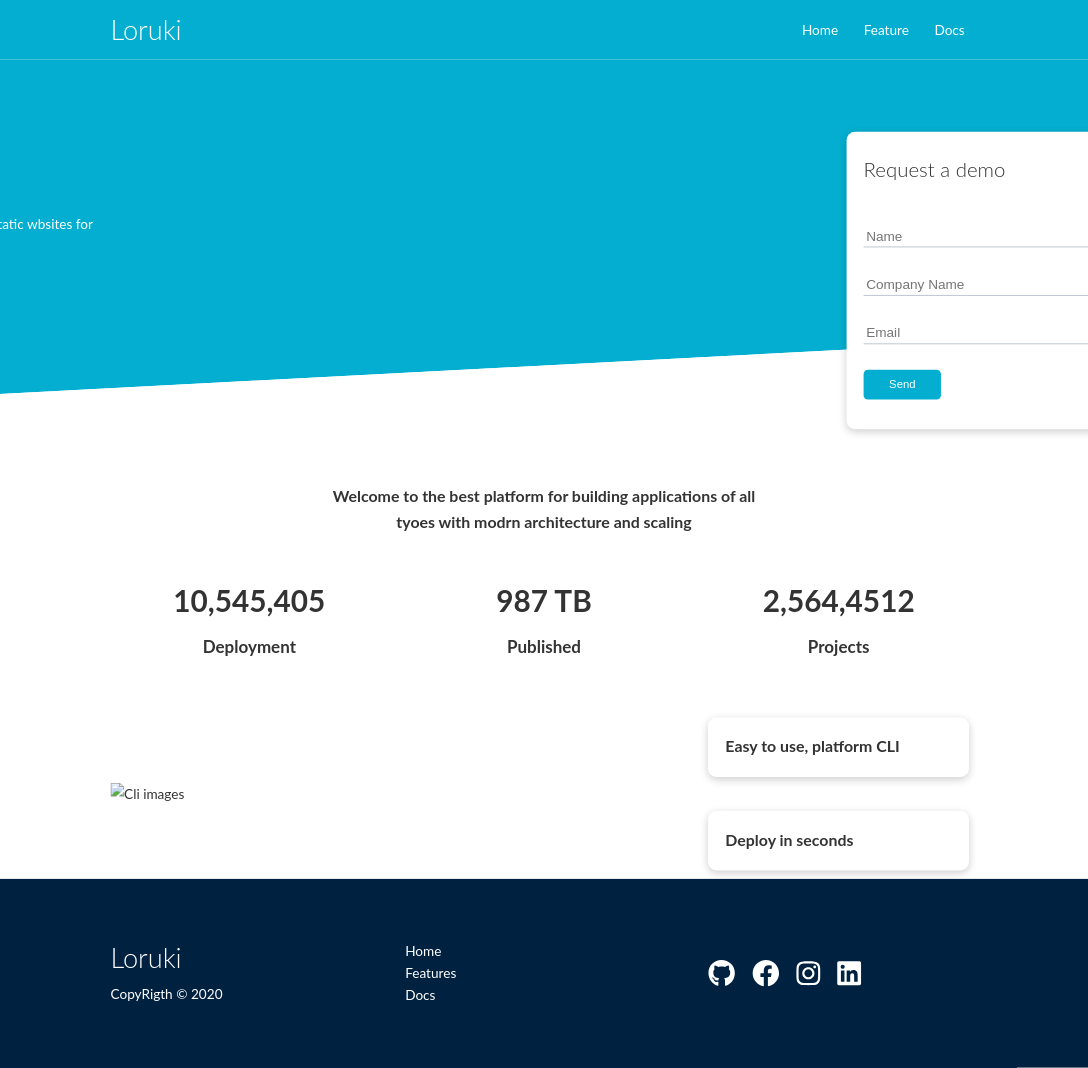
Repository: MosiurRrahman/loruki-app-reactjs
Page: /
An editor plug-in stored every save of this project. The page is shown before and after the next save, followed by the edit.
The browser window is 1280 px wide. The pictures show the whole page, at 85% of full size.
The project was rebuilt for these pictures with package versions that can differ from the ones it lists, and the page was loaded fresh each time. Also part of the build but not shown: src/components/app.jsx. Imported but missing from the stored project, and not drawn on this page: src/assets/images/clii.

Above is the page before, as saved 2021-10-05 17:15:36.

After the next save:
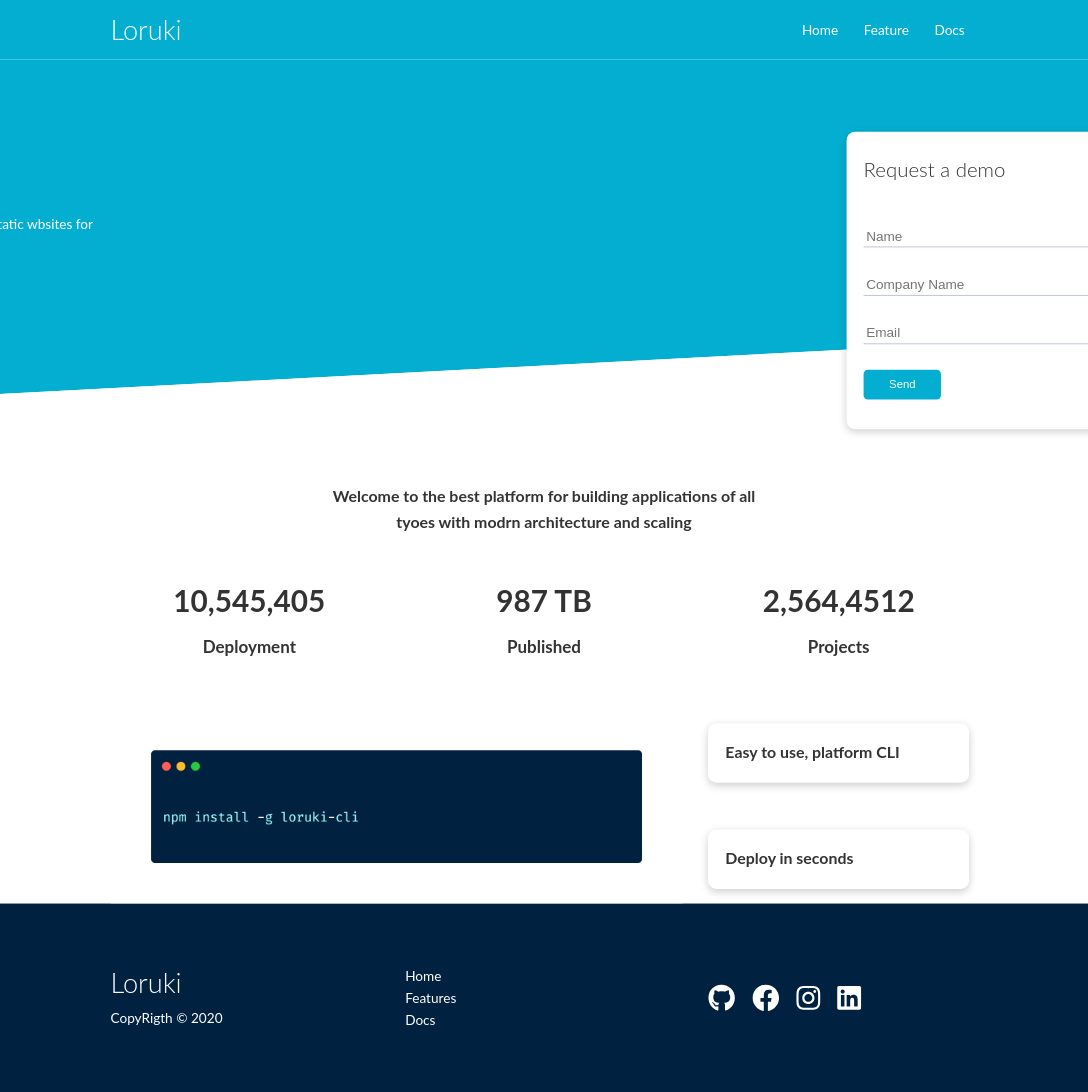
Saved 59 s later.
--- a/src/components/pages/home/Cli.js
+++ b/src/components/pages/home/Cli.js
@@ -1,5 +1,5 @@
 import React, { Component } from "react";
-import image from '../../../assets/images//clii';
+import image from '../../../assets/images/inst.png';
 
 class Cli extends Component {
   render() {
